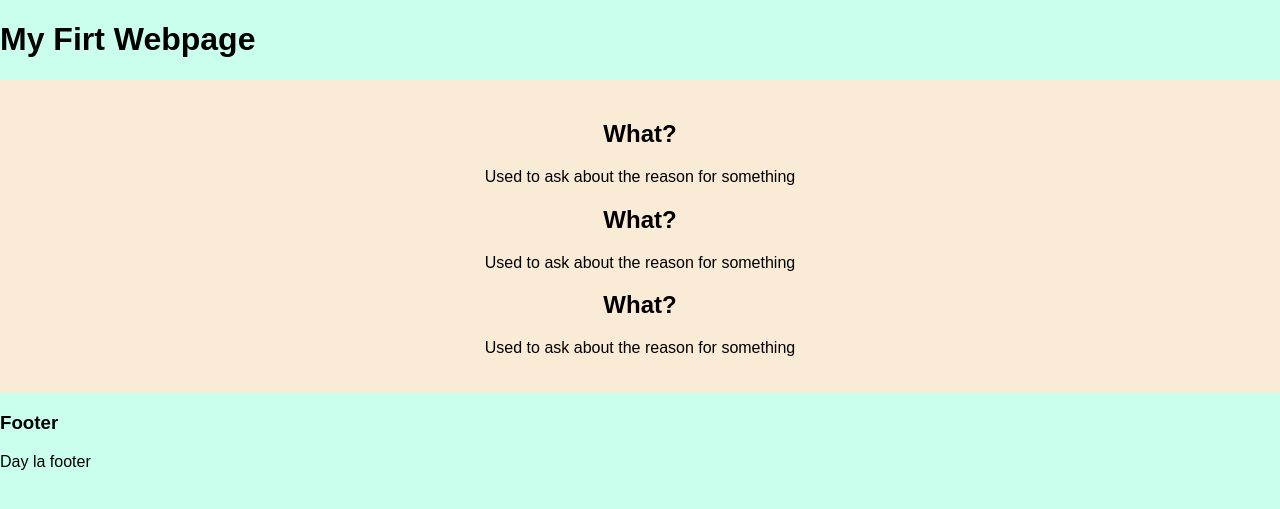
Repository: Thonghehe/Lab2_Web106
Page: Buoi2/l22.html
These files come from the project's save history. The page is drawn as it stood at one moment and after the next save; the edit follows.
The browser window is 1280 px wide. The pictures show the whole page.

Above is the page before, as saved 2024-03-13 21:50:46.

After the next save:
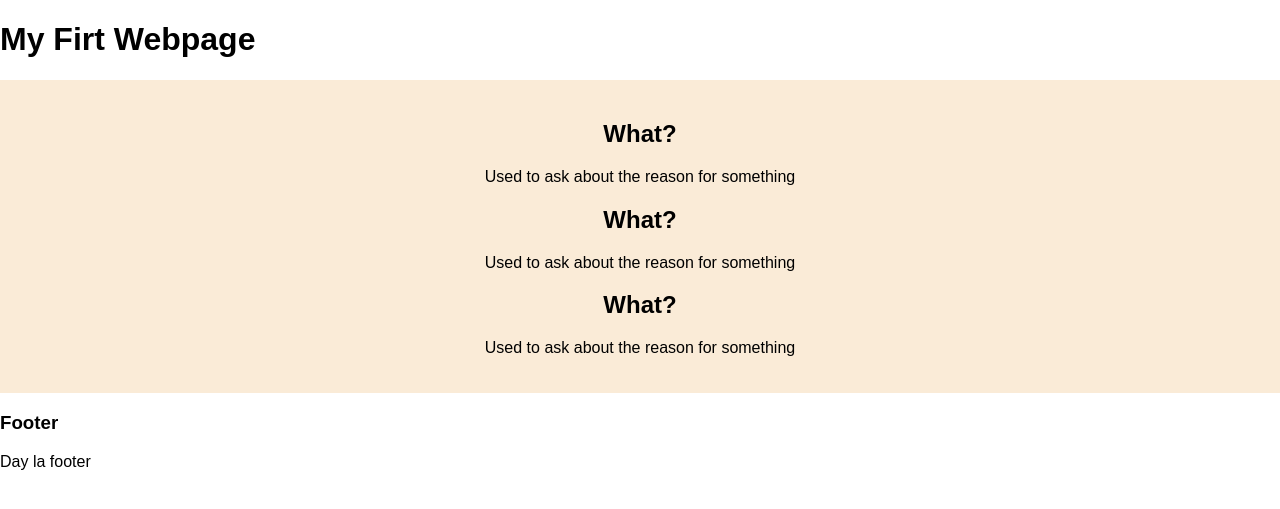
Saved 2 min 24 s later.
--- a/Buoi2/l22.html
+++ b/Buoi2/l22.html
@@ -14,7 +14,7 @@
             /* Hien thi dang cot */
             flex-direction: column;
             min-width: 100vh;
-            background-color: rgb(202, 255, 237);
+
         }
 
         .header .footer {
@@ -36,7 +36,6 @@
             position: relative;
             min-height: 100%;
         }
-
 
 
         @media only screen and(max-width:800px) {
